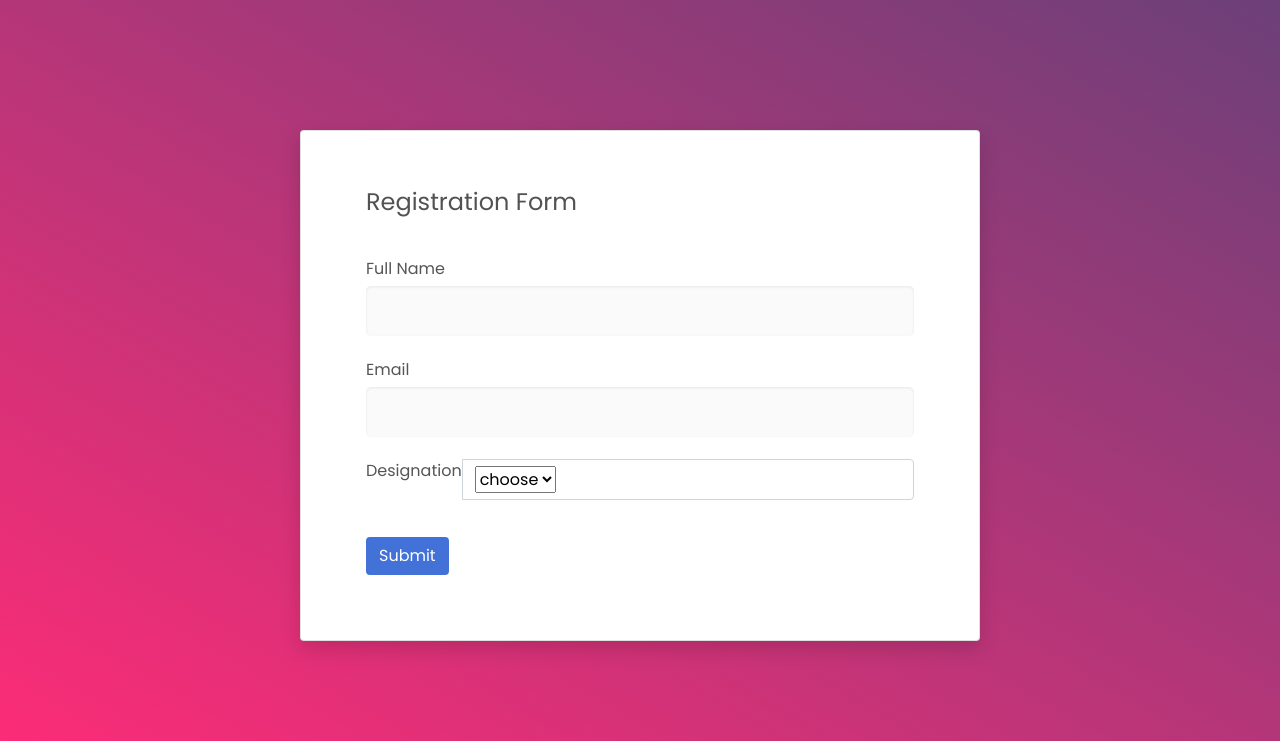
Repository: AbdulRehman0/registration
Page: http://localhost/registration.php
An editor plug-in stored every save of this project. The page is shown before and after the next save, followed by the edit.
The browser window is 1280 px wide. The pictures show the whole page.
The page is run by PHP 8.4 with error messages shown; the project is at /var/www/html/. Other server files are loaded and not shown.

Above is the page before, as saved 2021-01-05 15:27:09.

### registration.php
<?php
include "./templates/header.php";
?>
<body>
    <div class="page-wrapper bg-gra-02 p-t-130 p-b-100 font-poppins">
        <div class="wrapper wrapper--w680">
            <div class="card card-4">
                <div class="card-body">
                    <h2 class="title">Registration Form</h2>
                    <form method="POST">
                        <div class="row">

                            <div class="col-md-12">
                                <div class="input-group">
                                    <label class="label">Full Name</label>
                                    <input class="input--style-4" type="text" name="full name">
                                </div>
                            </div>
                        </div>

                        <div class="row row-space">
                            <div class="col-md-12">
                                <div class="input-group">
                                    <label class="label">Email</label>
                                    <input class="input--style-4" type="email" name="email">
                                </div>
                            </div>
                        </div>
                        <div class="row row-space">
                            <div class="col-md-12">
                                <div class="input-group">
                                    <label class="label">Designation</label>
                                    <div class="form-control">
                                        <select name="subject">
                                            <option disabled="disabled" selected="selected">choose</option>
                                            <option value="1">Admin</option>
                                            <option value="2">Editor</option>
                                        </select>
                                        <div class="select-dropdown"></div>
                                    </div>
                                </div>
                                </div>
                        </div>
                        <div class="p-t-15">
                            <button class="btn btn--radius-2 btn--blue" type="submit">Submit</button>
                        </div>
                    </form>
                </div>
            </div>
        </div>
    </div>

</body><!-- This templates was made by Colorlib (https://colorlib.com) -->

<?php
include "./templates/footer.php";
?>

### templates/header.php
<!DOCTYPE html>
<html lang="en">

<head>
    <!-- Required meta tags-->
    <meta charset="UTF-8">
    <meta name="viewport" content="width=device-width, initial-scale=1, shrink-to-fit=no">
    <meta name="description" content="Colorlib Templates">
    <meta name="author" content="Colorlib">
    <meta name="keywords" content="Colorlib Templates">

    <!-- Title Page-->
    <title>Au Register Forms by Colorlib</title>

    <!-- Icons font CSS-->
    <link href="vendor/mdi-font/css/material-design-iconic-font.min.css" rel="stylesheet" media="all">
    <link href="vendor/font-awesome-4.7/css/font-awesome.min.css" rel="stylesheet" media="all">
    <!-- Font special for pages-->
    <link href="https://fonts.googleapis.com/css?family=Poppins:100,100i,200,200i,300,300i,400,400i,500,500i,600,600i,700,700i,800,800i,900,900i" rel="stylesheet">

    <!-- Vendor CSS-->
    <link href="vendor/select2/select2.min.css" rel="stylesheet" media="all">
    <link href="vendor/datepicker/daterangepicker.css" rel="stylesheet" media="all">

    <!-- Main CSS-->
    <link href="./assets/css/app.css" rel="stylesheet" media="all">
    <link rel="stylesheet" href="https://maxcdn.bootstrapcdn.com/bootstrap/4.0.0/css/bootstrap.min.css" integrity="sha384-Gn5384xqQ1aoWXA+058RXPxPg6fy4IWvTNh0E263XmFcJlSAwiGgFAW/dAiS6JXm" crossorigin="anonymous">
</head>

### templates/footer.php

</html>
<!-- end document-->
<!-- Jquery JS-->
<script src="vendor/jquery/jquery.min.js"></script>
    <!-- Vendor JS-->
    <script src="vendor/select2/select2.min.js"></script>
    <script src="vendor/datepicker/moment.min.js"></script>
    <script src="vendor/datepicker/daterangepicker.js"></script>

    <!-- Main JS-->
    <script src="./assets/js/app.js"></script>

### assets/css/app.css

/* ==========================================================================
   #FONT
   ========================================================================== */
   .font-robo {
    font-family: "Roboto", "Arial", "Helvetica Neue", sans-serif;
  }

  .font-poppins {
    font-family: "Poppins", "Arial", "Helvetica Neue", sans-serif;
  }

  /* ==========================================================================
     #GRID
     ========================================================================== */
  .row {
    display: -webkit-box;
    display: -webkit-flex;
    display: -moz-box;
    display: -ms-flexbox;
    display: flex;
    -webkit-flex-wrap: wrap;
    -ms-flex-wrap: wrap;
    flex-wrap: wrap;
  }

  .row-space {
    -webkit-box-pack: justify;
    -webkit-justify-content: space-between;
    -moz-box-pack: justify;
    -ms-flex-pack: justify;
    justify-content: space-between;
  }

  .col-2 {
    width: -webkit-calc((100% - 30px) / 2);
    width: -moz-calc((100% - 30px) / 2);
    width: calc((100% - 30px) / 2);
  }

  @media (max-width: 767px) {
    .col-2 {
      width: 100%;
    }
  }

  /* ==========================================================================
     #BOX-SIZING
     ========================================================================== */
  /**
   * More sensible default box-sizing:
   * css-tricks.com/inheriting-box-sizing-probably-slightly-better-best-practice
   */
  html {
    -webkit-box-sizing: border-box;
    -moz-box-sizing: border-box;
    box-sizing: border-box;
  }

  * {
    padding: 0;
    margin: 0;
  }

  *, *:before, *:after {
    -webkit-box-sizing: inherit;
    -moz-box-sizing: inherit;
    box-sizing: inherit;
  }

  /* ==========================================================================
     #RESET
     ========================================================================== */
  /**
   * A very simple reset that sits on top of Normalize.css.
   */
  body,
  h1, h2, h3, h4, h5, h6,
  blockquote, p, pre,
  dl, dd, ol, ul,
  figure,
  hr,
  fieldset, legend {
    margin: 0;
    padding: 0;
  }

  /**
   * Remove trailing margins from nested lists.
   */
  li > ol,
  li > ul {
    margin-bottom: 0;
  }

  /**
   * Remove default table spacing.
   */
  table {
    border-collapse: collapse;
    border-spacing: 0;
  }

  /**
   * 1. Reset Chrome and Firefox behaviour which sets a `min-width: min-content;`
   *    on fieldsets.
   */
  fieldset {
    min-width: 0;
    /* [1] */
    border: 0;
  }

  button {
    outline: none;
    background: none;
    border: none;
  }

  /* ==========================================================================
     #PAGE WRAPPER
     ========================================================================== */
  .page-wrapper {
    min-height: 100vh;
  }

  body {
    font-family: "Poppins", "Arial", "Helvetica Neue", sans-serif;
    font-weight: 400;
    font-size: 14px;
  }

  h1, h2, h3, h4, h5, h6 {
    font-weight: 400;
  }

  h1 {
    font-size: 36px;
  }

  h2 {
    font-size: 30px;
  }

  h3 {
    font-size: 24px;
  }

  h4 {
    font-size: 18px;
  }

  h5 {
    font-size: 15px;
  }

  h6 {
    font-size: 13px;
  }

  /* ==========================================================================
     #BACKGROUND
     ========================================================================== */
  .bg-blue {
    background: #2c6ed5;
  }

  .bg-red {
    background: #fa4251;
  }

  .bg-gra-01 {
    background: -webkit-gradient(linear, left bottom, left top, from(#fbc2eb), to(#a18cd1));
    background: -webkit-linear-gradient(bottom, #fbc2eb 0%, #a18cd1 100%);
    background: -moz-linear-gradient(bottom, #fbc2eb 0%, #a18cd1 100%);
    background: -o-linear-gradient(bottom, #fbc2eb 0%, #a18cd1 100%);
    background: linear-gradient(to top, #fbc2eb 0%, #a18cd1 100%);
  }

  .bg-gra-02 {
    background: -webkit-gradient(linear, left bottom, right top, from(#fc2c77), to(#6c4079));
    background: -webkit-linear-gradient(bottom left, #fc2c77 0%, #6c4079 100%);
    background: -moz-linear-gradient(bottom left, #fc2c77 0%, #6c4079 100%);
    background: -o-linear-gradient(bottom left, #fc2c77 0%, #6c4079 100%);
    background: linear-gradient(to top right, #fc2c77 0%, #6c4079 100%);
  }

  /* ==========================================================================
     #SPACING
     ========================================================================== */
  .p-t-100 {
    padding-top: 100px;
  }

  .p-t-130 {
    padding-top: 130px;
  }

  .p-t-180 {
    padding-top: 180px;
  }

  .p-t-20 {
    padding-top: 20px;
  }

  .p-t-15 {
    padding-top: 15px;
  }

  .p-t-10 {
    padding-top: 10px;
  }

  .p-t-30 {
    padding-top: 30px;
  }

  .p-b-100 {
    padding-bottom: 100px;
  }

  .m-r-45 {
    margin-right: 45px;
  }

  /* ==========================================================================
     #WRAPPER
     ========================================================================== */
  .wrapper {
    margin: 0 auto;
  }

  .wrapper--w960 {
    max-width: 960px;
  }

  .wrapper--w780 {
    max-width: 780px;
  }

  .wrapper--w680 {
    max-width: 680px;
  }

  /* ==========================================================================
     #BUTTON
     ========================================================================== */
  .btn {
    display: inline-block;
    line-height: 50px;
    padding: 0 50px;
    -webkit-transition: all 0.4s ease;
    -o-transition: all 0.4s ease;
    -moz-transition: all 0.4s ease;
    transition: all 0.4s ease;
    cursor: pointer;
    font-size: 18px;
    color: #fff;
    font-family: "Poppins", "Arial", "Helvetica Neue", sans-serif;
  }

  .btn--radius {
    -webkit-border-radius: 3px;
    -moz-border-radius: 3px;
    border-radius: 3px;
  }

  .btn--radius-2 {
    -webkit-border-radius: 5px;
    -moz-border-radius: 5px;
    border-radius: 5px;
  }

  .btn--pill {
    -webkit-border-radius: 20px;
    -moz-border-radius: 20px;
    border-radius: 20px;
  }

  .btn--green {
    background: #57b846;
  }

  .btn--green:hover {
    background: #4dae3c;
  }

  .btn--blue {
    background: #4272d7;
  }

  .btn--blue:hover {
    background: #3868cd;
  }

  /* ==========================================================================
     #DATE PICKER
     ========================================================================== */
  td.active {
    background-color: #2c6ed5;
  }

  input[type="date" i] {
    padding: 14px;
  }

  .table-condensed td, .table-condensed th {
    font-size: 14px;
    font-family: "Roboto", "Arial", "Helvetica Neue", sans-serif;
    font-weight: 400;
  }

  .daterangepicker td {
    width: 40px;
    height: 30px;
  }

  .daterangepicker {
    border: none;
    -webkit-box-shadow: 0px 8px 20px 0px rgba(0, 0, 0, 0.15);
    -moz-box-shadow: 0px 8px 20px 0px rgba(0, 0, 0, 0.15);
    box-shadow: 0px 8px 20px 0px rgba(0, 0, 0, 0.15);
    display: none;
    border: 1px solid #e0e0e0;
    margin-top: 5px;
  }

  .daterangepicker::after, .daterangepicker::before {
    display: none;
  }

  .daterangepicker thead tr th {
    padding: 10px 0;
  }

  .daterangepicker .table-condensed th select {
    border: 1px solid #ccc;
    -webkit-border-radius: 3px;
    -moz-border-radius: 3px;
    border-radius: 3px;
    font-size: 14px;
    padding: 5px;
    outline: none;
  }

  /* ==========================================================================
     #FORM
     ========================================================================== */
  input {
    outline: none;
    margin: 0;
    border: none;
    -webkit-box-shadow: none;
    -moz-box-shadow: none;
    box-shadow: none;
    width: 100%;
    font-size: 14px;
    font-family: inherit;
  }

  .input--style-4 {
    line-height: 50px;
    background: #fafafa;
    -webkit-box-shadow: inset 0px 1px 3px 0px rgba(0, 0, 0, 0.08);
    -moz-box-shadow: inset 0px 1px 3px 0px rgba(0, 0, 0, 0.08);
    box-shadow: inset 0px 1px 3px 0px rgba(0, 0, 0, 0.08);
    -webkit-border-radius: 5px;
    -moz-border-radius: 5px;
    border-radius: 5px;
    padding: 0 20px;
    font-size: 16px;
    color: #666;
    -webkit-transition: all 0.4s ease;
    -o-transition: all 0.4s ease;
    -moz-transition: all 0.4s ease;
    transition: all 0.4s ease;
  }

  .input--style-4::-webkit-input-placeholder {
    /* WebKit, Blink, Edge */
    color: #666;
  }

  .input--style-4:-moz-placeholder {
    /* Mozilla Firefox 4 to 18 */
    color: #666;
    opacity: 1;
  }

  .input--style-4::-moz-placeholder {
    /* Mozilla Firefox 19+ */
    color: #666;
    opacity: 1;
  }

  .input--style-4:-ms-input-placeholder {
    /* Internet Explorer 10-11 */
    color: #666;
  }

  .input--style-4:-ms-input-placeholder {
    /* Microsoft Edge */
    color: #666;
  }

  .label {
    font-size: 16px;
    color: #555;
    text-transform: capitalize;
    display: block;
    margin-bottom: 5px;
  }

  .radio-container {
    display: inline-block;
    position: relative;
    padding-left: 30px;
    cursor: pointer;
    font-size: 16px;
    color: #666;
    -webkit-user-select: none;
    -moz-user-select: none;
    -ms-user-select: none;
    user-select: none;
  }

  .radio-container input {
    position: absolute;
    opacity: 0;
    cursor: pointer;
  }

  .radio-container input:checked ~ .checkmark {
    background-color: #e5e5e5;
  }

  .radio-container input:checked ~ .checkmark:after {
    display: block;
  }

  .radio-container .checkmark:after {
    top: 50%;
    left: 50%;
    -webkit-transform: translate(-50%, -50%);
    -moz-transform: translate(-50%, -50%);
    -ms-transform: translate(-50%, -50%);
    -o-transform: translate(-50%, -50%);
    transform: translate(-50%, -50%);
    width: 12px;
    height: 12px;
    -webkit-border-radius: 50%;
    -moz-border-radius: 50%;
    border-radius: 50%;
    background: #57b846;
  }

  .checkmark {
    position: absolute;
    top: 50%;
    -webkit-transform: translateY(-50%);
    -moz-transform: translateY(-50%);
    -ms-transform: translateY(-50%);
    -o-transform: translateY(-50%);
    transform: translateY(-50%);
    left: 0;
    height: 20px;
    width: 20px;
    background-color: #e5e5e5;
    -webkit-border-radius: 50%;
    -moz-border-radius: 50%;
    border-radius: 50%;
    -webkit-box-shadow: inset 0px 1px 3px 0px rgba(0, 0, 0, 0.08);
    -moz-box-shadow: inset 0px 1px 3px 0px rgba(0, 0, 0, 0.08);
    box-shadow: inset 0px 1px 3px 0px rgba(0, 0, 0, 0.08);
  }

  .checkmark:after {
    content: "";
    position: absolute;
    display: none;
  }

  .input-group {
    position: relative;
    margin-bottom: 22px;
  }

  .input-group-icon {
    position: relative;
  }

  .input-icon {
    position: absolute;
    font-size: 18px;
    color: #999;
    right: 18px;
    top: 50%;
    -webkit-transform: translateY(-50%);
    -moz-transform: translateY(-50%);
    -ms-transform: translateY(-50%);
    -o-transform: translateY(-50%);
    transform: translateY(-50%);
    cursor: pointer;
  }

  /* ==========================================================================
     #SELECT2
     ========================================================================== */
  .select--no-search .select2-search {
    display: none !important;
  }

  .rs-select2 .select2-container {
    width: 100% !important;
    outline: none;
    background: #fafafa;
    -webkit-box-shadow: inset 0px 1px 3px 0px rgba(0, 0, 0, 0.08);
    -moz-box-shadow: inset 0px 1px 3px 0px rgba(0, 0, 0, 0.08);
    box-shadow: inset 0px 1px 3px 0px rgba(0, 0, 0, 0.08);
    -webkit-border-radius: 5px;
    -moz-border-radius: 5px;
    border-radius: 5px;
  }

  .rs-select2 .select2-container .select2-selection--single {
    outline: none;
    border: none;
    height: 50px;
    background: transparent;
  }

  .rs-select2 .select2-container .select2-selection--single .select2-selection__rendered {
    line-height: 50px;
    padding-left: 0;
    color: #555;
    font-size: 16px;
    font-family: inherit;
    padding-left: 22px;
    padding-right: 50px;
  }

  .rs-select2 .select2-container .select2-selection--single .select2-selection__arrow {
    height: 50px;
    right: 20px;
    display: -webkit-box;
    display: -webkit-flex;
    display: -moz-box;
    display: -ms-flexbox;
    display: flex;
    -webkit-box-pack: center;
    -webkit-justify-content: center;
    -moz-box-pack: center;
    -ms-flex-pack: center;
    justify-content: center;
    -webkit-box-align: center;
    -webkit-align-items: center;
    -moz-box-align: center;
    -ms-flex-align: center;
    align-items: center;
  }

  .rs-select2 .select2-container .select2-selection--single .select2-selection__arrow b {
    display: none;
  }

  .rs-select2 .select2-container .select2-selection--single .select2-selection__arrow:after {
    font-family: "Material-Design-Iconic-Font";
    content: '\f2f9';
    font-size: 24px;
    color: #999;
    -webkit-transition: all 0.4s ease;
    -o-transition: all 0.4s ease;
    -moz-transition: all 0.4s ease;
    transition: all 0.4s ease;
  }

  .rs-select2 .select2-container.select2-container--open .select2-selection--single .select2-selection__arrow::after {
    -webkit-transform: rotate(-180deg);
    -moz-transform: rotate(-180deg);
    -ms-transform: rotate(-180deg);
    -o-transform: rotate(-180deg);
    transform: rotate(-180deg);
  }

  .select2-container--open .select2-dropdown--below {
    border: none;
    -webkit-border-radius: 3px;
    -moz-border-radius: 3px;
    border-radius: 3px;
    -webkit-box-shadow: 0px 8px 20px 0px rgba(0, 0, 0, 0.15);
    -moz-box-shadow: 0px 8px 20px 0px rgba(0, 0, 0, 0.15);
    box-shadow: 0px 8px 20px 0px rgba(0, 0, 0, 0.15);
    border: 1px solid #e0e0e0;
    margin-top: 5px;
    overflow: hidden;
  }

  .select2-container--default .select2-results__option {
    padding-left: 22px;
  }

  /* ==========================================================================
     #TITLE
     ========================================================================== */
  .title {
    font-size: 24px;
    color: #525252;
    font-weight: 400;
    margin-bottom: 40px;
  }

  /* ==========================================================================
     #CARD
     ========================================================================== */
  .card {
    -webkit-border-radius: 3px;
    -moz-border-radius: 3px;
    border-radius: 3px;
    background: #fff;
  }

  .card-4 {
    background: #fff;
    -webkit-border-radius: 10px;
    -moz-border-radius: 10px;
    border-radius: 10px;
    -webkit-box-shadow: 0px 8px 20px 0px rgba(0, 0, 0, 0.15);
    -moz-box-shadow: 0px 8px 20px 0px rgba(0, 0, 0, 0.15);
    box-shadow: 0px 8px 20px 0px rgba(0, 0, 0, 0.15);
  }

  .card-4 .card-body {
    padding: 57px 65px;
    padding-bottom: 65px;
  }

  @media (max-width: 767px) {
    .card-4 .card-body {
      padding: 50px 40px;
    }
  }

### assets/js/app.js
(function ($) {
  'use strict';
  /*==================================================================
      [ Daterangepicker ]*/
  try {
      $('.js-datepicker').daterangepicker({
          "singleDatePicker": true,
          "showDropdowns": true,
          "autoUpdateInput": false,
          locale: {
              format: 'DD/MM/YYYY'
          },
      });

      var myCalendar = $('.js-datepicker');
      var isClick = 0;

      $(window).on('click',function(){
          isClick = 0;
      });

      $(myCalendar).on('apply.daterangepicker',function(ev, picker){
          isClick = 0;
          $(this).val(picker.startDate.format('DD/MM/YYYY'));

      });

      $('.js-btn-calendar').on('click',function(e){
          e.stopPropagation();

          if(isClick === 1) isClick = 0;
          else if(isClick === 0) isClick = 1;

          if (isClick === 1) {
              myCalendar.focus();
          }
      });

      $(myCalendar).on('click',function(e){
          e.stopPropagation();
          isClick = 1;
      });

      $('.daterangepicker').on('click',function(e){
          e.stopPropagation();
      });


  } catch(er) {console.log(er);}
  /*[ Select 2 Config ]
      ===========================================================*/

  try {
      var selectSimple = $('.js-select-simple');

      selectSimple.each(function () {
          var that = $(this);
          var selectBox = that.find('select');
          var selectDropdown = that.find('.select-dropdown');
          selectBox.select2({
              dropdownParent: selectDropdown
          });
      });

  } catch (err) {
      console.log(err);
  }


})(jQuery);

After the next save:
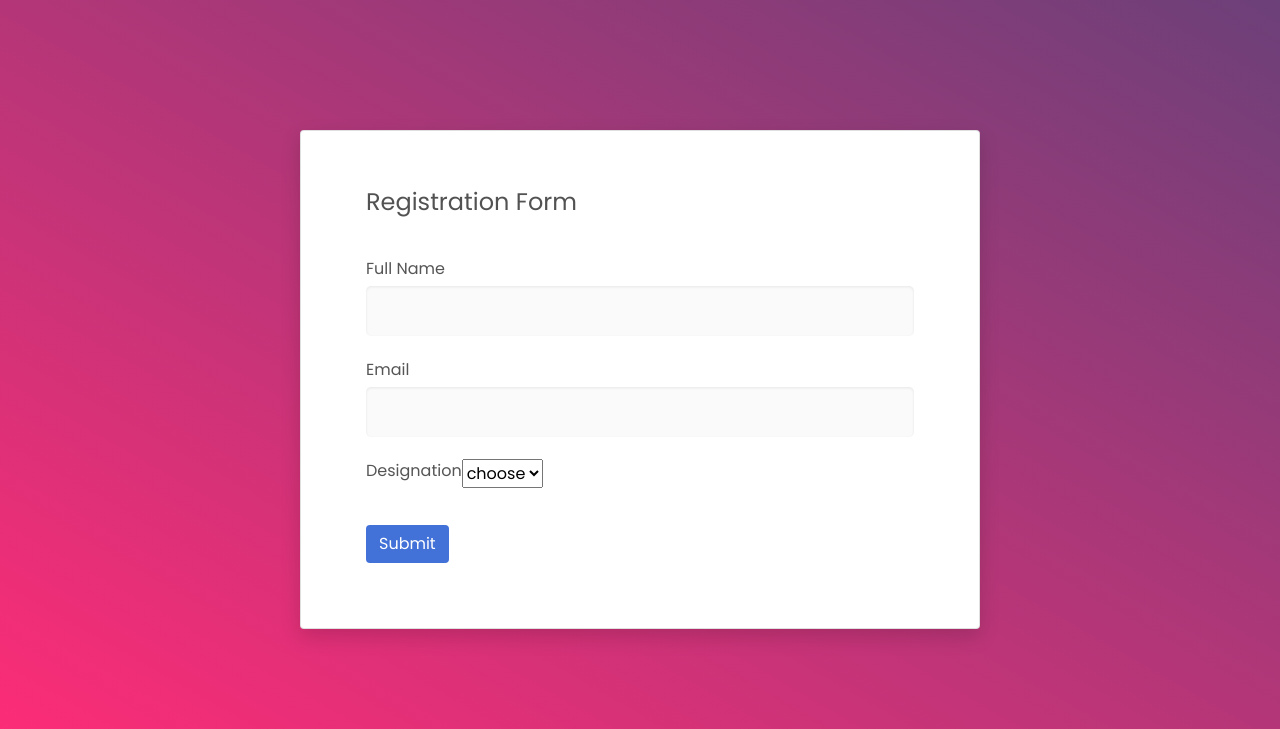
Saved 26 s later.
--- a/registration.php
+++ b/registration.php
@@ -30,14 +30,14 @@ include "./templates/header.php";
                             <div class="col-md-12">
                                 <div class="input-group">
                                     <label class="label">Designation</label>
-                                    <div class="form-control">
+
                                         <select name="subject">
                                             <option disabled="disabled" selected="selected">choose</option>
                                             <option value="1">Admin</option>
                                             <option value="2">Editor</option>
                                         </select>
                                         <div class="select-dropdown"></div>
-                                    </div>
+
                                 </div>
                                 </div>
                         </div>
